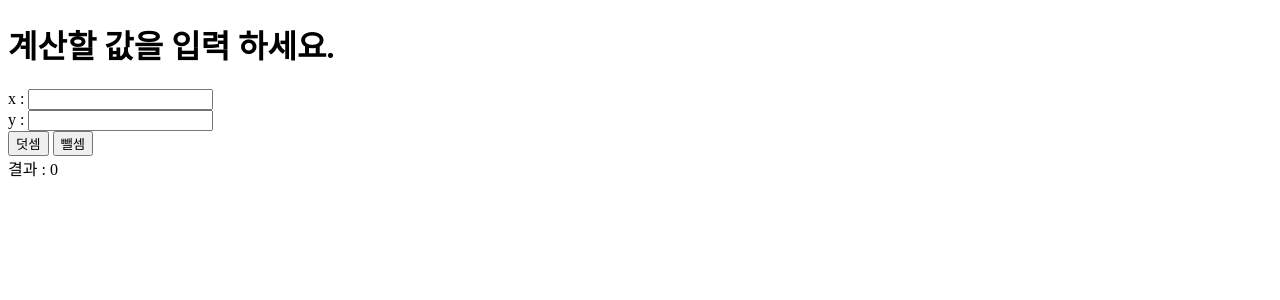
Repository: soyamilk0705/spring-newlecture
Page: ServeltAndJsp/JSPPrj/WebContent/add.html
The author's editor kept a copy of each file at every save. The page is drawn from the files as they stood at one save, then again after the next save.
The browser window is 1280 px wide. The pictures show the whole page.

Above is the page before, as saved 2024-01-06 06:04:00.

### ServeltAndJsp/JSPPrj/WebContent/add.html
<!DOCTYPE html>
<html>
<head>
<meta charset="UTF-8">
<title>Insert title here</title>
</head>
<body>
	<h1>계산할 값을 입력 하세요.</h1>
	<form action="/add" method="post">
		<div>
			<label>x : </label>
			<input type="text" name="x">
		</div>
		<div>
			<label>y : </label>
			<input type="text" name="y">
		</div>
		<div>
			<input type="submit" value="덧셈"></input>
			<input type="submit" value="뺄셈"></input>
		</div>
		<div>
			결과 : 0
		</div>
	</form>
</body>
</html>

After the next save:
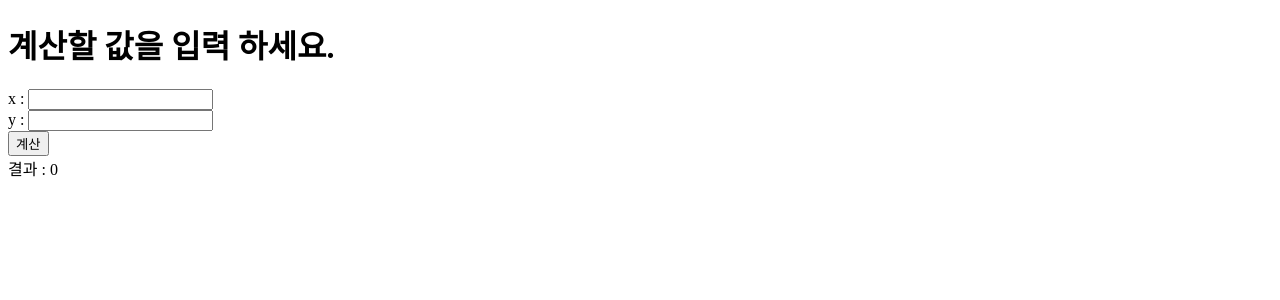
Saved 6 s later.
--- a/ServeltAndJsp/JSPPrj/WebContent/add.html
+++ b/ServeltAndJsp/JSPPrj/WebContent/add.html
@@ -16,8 +16,7 @@
 			<input type="text" name="y">
 		</div>
 		<div>
-			<input type="submit" value="덧셈"></input>
-			<input type="submit" value="뺄셈"></input>
+			<input type="submit" value="계산"></input>
 		</div>
 		<div>
 			결과 : 0
